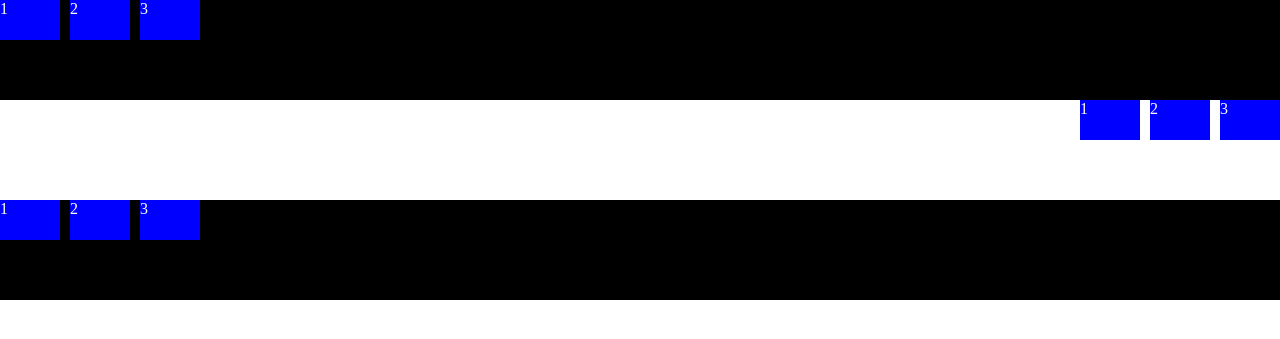
Repository: Elesion08/flexbox
Page: index.html
The author's editor kept a copy of each file at every save. The page is drawn from the files as they stood at one save, then again after a run of saves.
The browser window is 1280 px wide. The pictures show the whole page.

Above is the page before, as saved 2025-04-14 11:21:45.

After the next 3 saves:
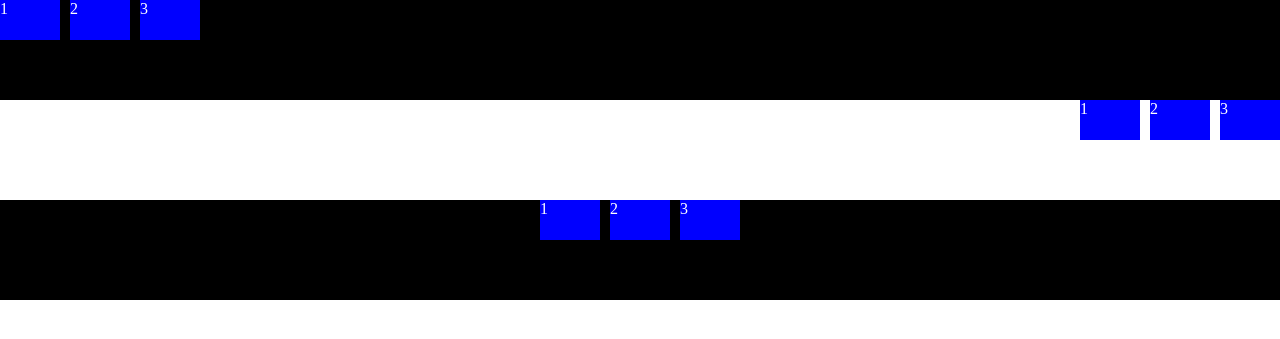
The 3 saves are shown as one change because they came seconds apart.
The last was saved 80 s later.
--- a/style.css
+++ b/style.css
@@ -49,6 +49,7 @@
     gap: 10px;
     /*altura do elemento*/
     height: 100px;
+    justify-content: center;
 }
 
 .box3 {

After the save that followed:
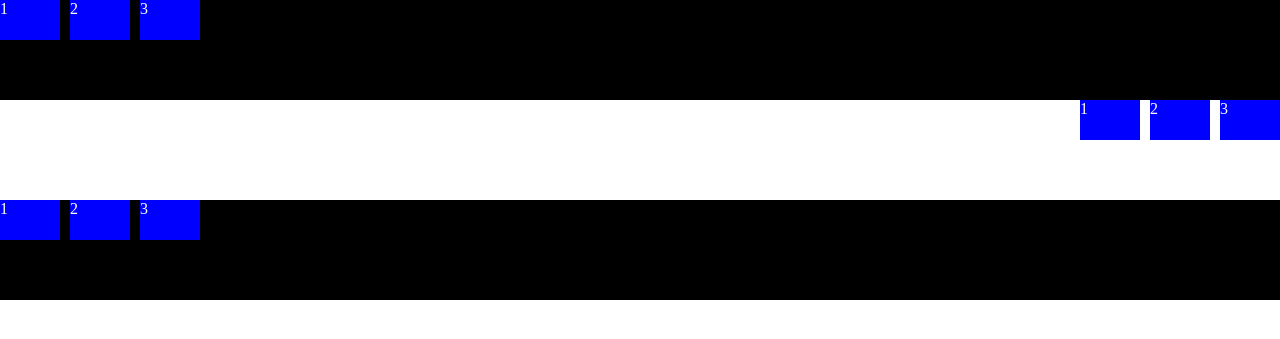
Saved 26 s later.
--- a/style.css
+++ b/style.css
@@ -49,7 +49,6 @@
     gap: 10px;
     /*altura do elemento*/
     height: 100px;
-    justify-content: center;
 }
 
 .box3 {
